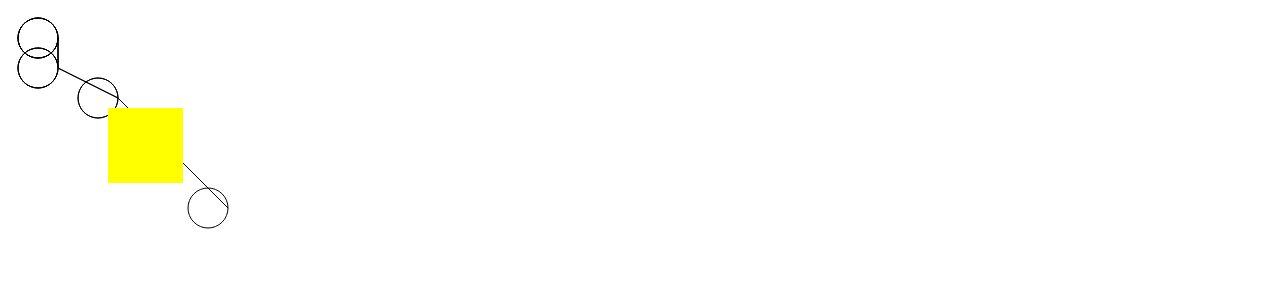
Repository: facio313/Python
Page: HELLO_PYTHON/day17/templates/canvas.html
These files come from the project's save history. The page is drawn as it stood at one moment and after the next save; the edit follows.
The browser window is 1280 px wide. The pictures show the whole page.

Above is the page before, as saved 2022-12-15 10:35:20.

### HELLO_PYTHON/day17/templates/canvas.html
<!DOCTYPE html>
<html>
<head>
<meta charset="UTF-8">
<title>Insert title here</title>
</head>
<body onload="loader()">
<script>
function loader(){
	var canvas = document.getElementById( "canvas" );   // canvas 객체
	var ctx = canvas.getContext( "2d" );      // 2d canvas 획득

	ctx.arc(30, 30, 20, 0, Math.PI*2, false );
	ctx.stroke();

	ctx.arc(30, 60, 20, 0, Math.PI*2, false );
	ctx.stroke();

	ctx.arc(90, 90, 20, 0, Math.PI*2, false );
	ctx.stroke();

	ctx.arc(200, 200, 20, 0, Math.PI*2, false );
	ctx.stroke();

	ctx.fillStyle = "rgba(255, 255, 0, 1)";
	ctx.fillRect (100, 100, 75, 75);
}
</script>

 <canvas id="canvas" width="600" height="500"/>

</body>
</html>

After the next save:
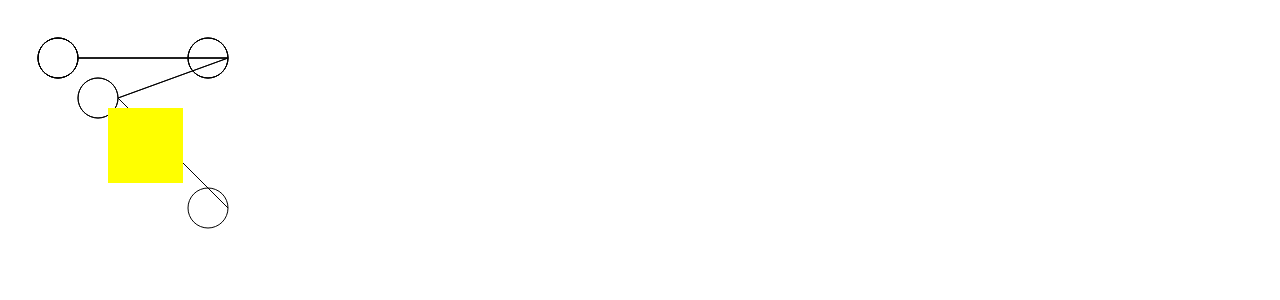
Saved 22 s later.
--- a/HELLO_PYTHON/day17/templates/canvas.html
+++ b/HELLO_PYTHON/day17/templates/canvas.html
@@ -10,10 +10,10 @@ function loader(){
 	var canvas = document.getElementById( "canvas" );   // canvas 객체
 	var ctx = canvas.getContext( "2d" );      // 2d canvas 획득
 
-	ctx.arc(30, 30, 20, 0, Math.PI*2, false );
+	ctx.arc(50, 50, 20, 0, Math.PI*2, false );
 	ctx.stroke();
 
-	ctx.arc(30, 60, 20, 0, Math.PI*2, false );
+	ctx.arc(200, 50, 20, 0, Math.PI*2, false );
 	ctx.stroke();
 
 	ctx.arc(90, 90, 20, 0, Math.PI*2, false );
